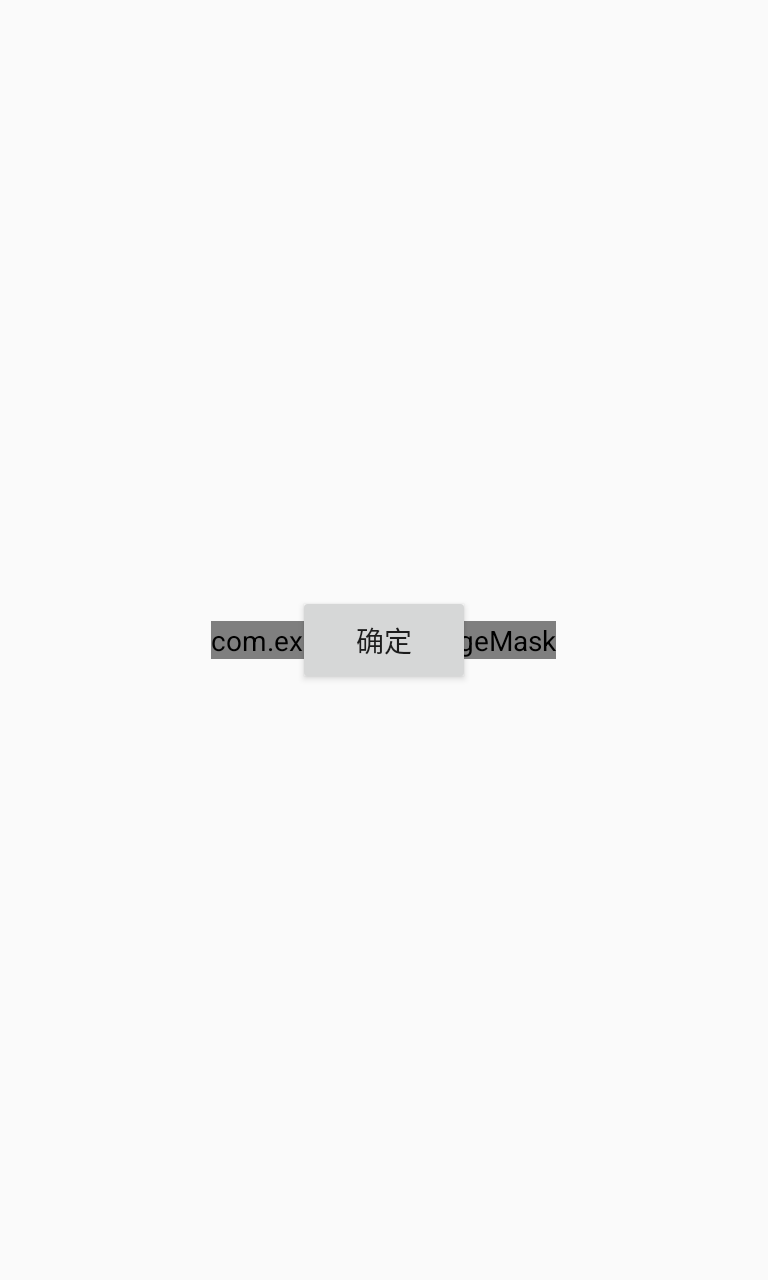
Repository: gmDreamer/android
Layout: a/res/layout/activity_main.xml
An editor plug-in stored every save of this project. The layout is shown before and after the next save, followed by the edit.
Pictures or frames that could not be fetched are drawn as grey boxes. It is drawn on a 768 x 1280 px phone screen (xhdpi) without system bars, with theme AppTheme; the app's code is not run.

Above is the layout before, as saved 2016-04-26 08:02:23.

After the next save:
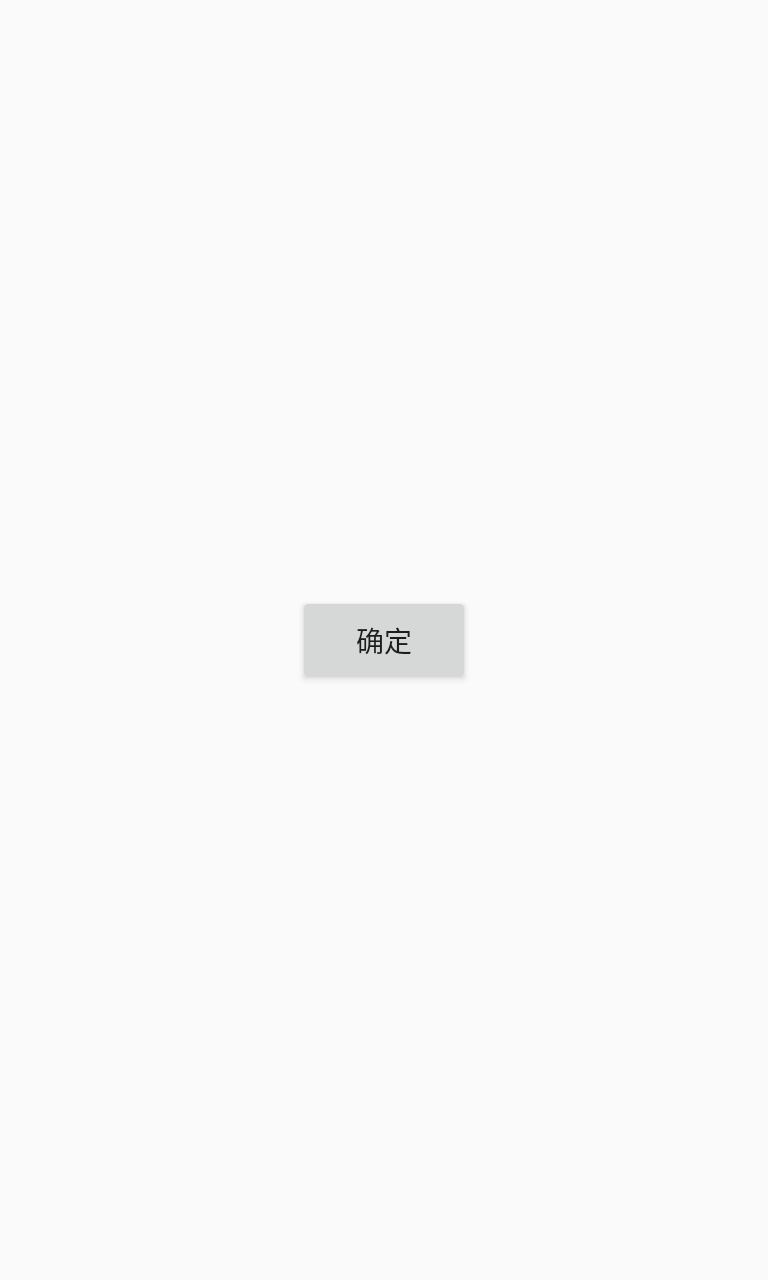
Saved 6 s later.
--- a/a/res/layout/activity_main.xml
+++ b/a/res/layout/activity_main.xml
@@ -152,10 +152,10 @@
                        android:layout_centerInParent="true"
                        android:text="确定"
                        />
-              <com.example.a.ImageMask  android:layout_width="wrap_content" android:layout_height="wrap_content"
+<!--               <com.example.a.ImageMask  android:layout_width="wrap_content" android:layout_height="wrap_content"
                    android:layout_centerInParent="true"
                     maskimage:image="@drawable/img_1"
                     maskimage:mask="@drawable/bound"
                     android:id="@+id/image"
-                     />
+                     />  -->
  </RelativeLayout>

After the save that followed:
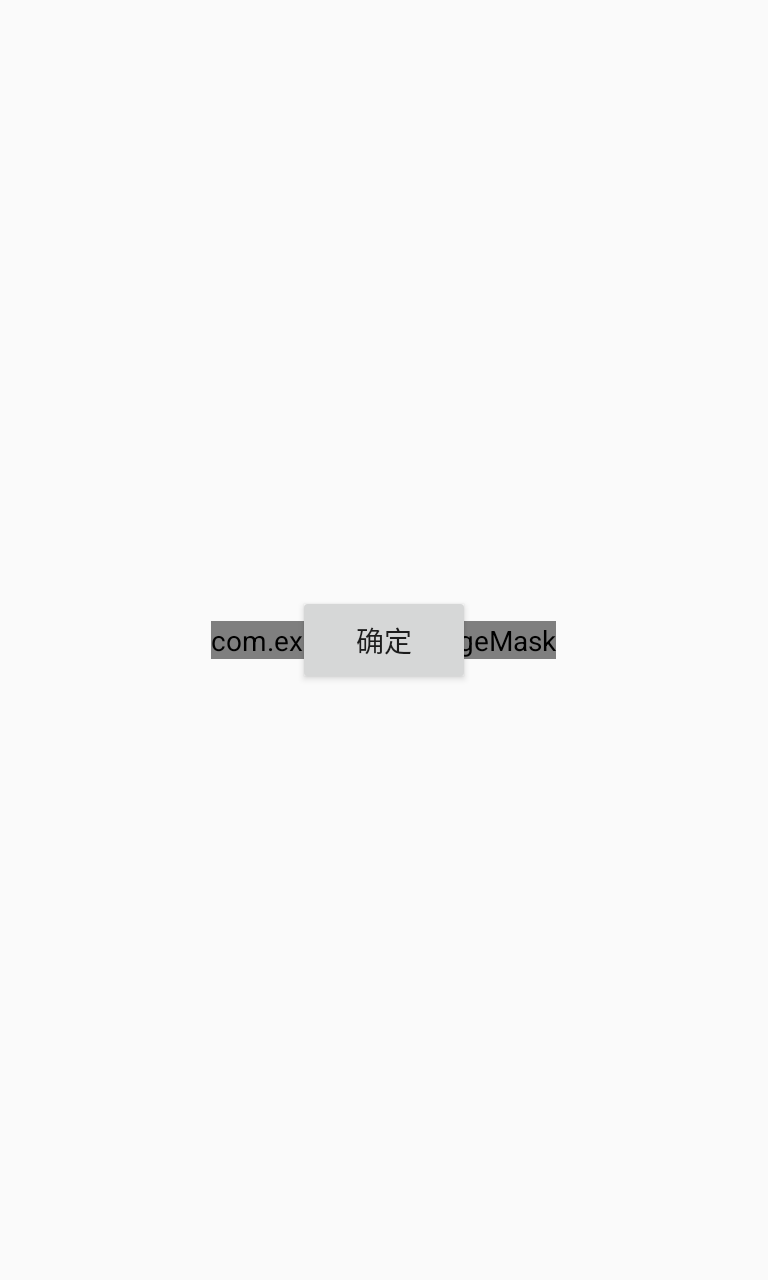
Saved 25 s later.
--- a/a/res/layout/activity_main.xml
+++ b/a/res/layout/activity_main.xml
@@ -152,10 +152,10 @@
                        android:layout_centerInParent="true"
                        android:text="确定"
                        />
-<!--               <com.example.a.ImageMask  android:layout_width="wrap_content" android:layout_height="wrap_content"
+              <com.example.a.ImageMask  android:layout_width="wrap_content" android:layout_height="wrap_content"
                    android:layout_centerInParent="true"
                     maskimage:image="@drawable/img_1"
                     maskimage:mask="@drawable/bound"
                     android:id="@+id/image"
-                     />  -->
+                     />
  </RelativeLayout>
